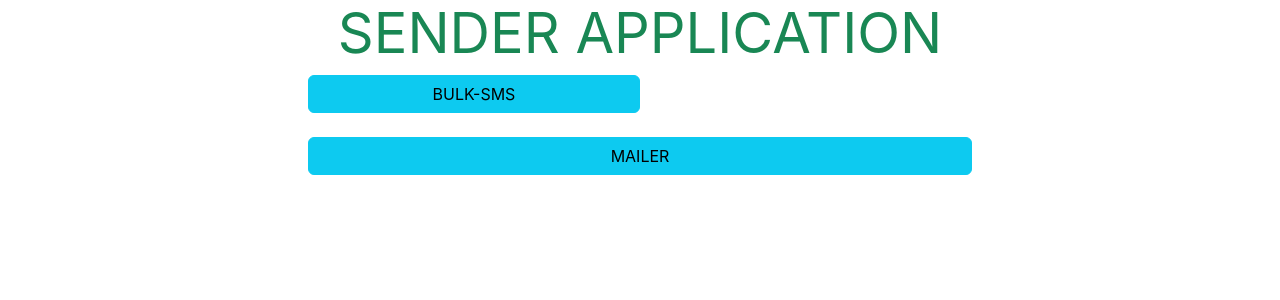
Repository: oluwaseyi9325/react-redux
Page: /mailer
An editor plug-in stored every save of this project. The page is shown before and after the next save, followed by the edit.
The browser window is 1280 px wide. The pictures show the whole page.
The project was rebuilt for these pictures with package versions that can differ from the ones it lists, and the page was loaded fresh each time. Also part of the build but not shown: src/Pages/Index.tsx, src/Pages/NotFond.tsx.

Above is the page before, as saved 2023-04-18 17:17:02.

### public/index.html
<!DOCTYPE html>
<html lang="en">

<head>
  <meta charset="utf-8" />
  <link rel="icon" href="%PUBLIC_URL%/favicon.ico" />
  <meta name="viewport" content="width=device-width, initial-scale=1" />
  <meta name="theme-color" content="#000000" />
  <meta name="description" content="Web site created using create-react-app" />
  <link rel="apple-touch-icon" href="%PUBLIC_URL%/logo192.png" />
  <link rel="manifest" href="%PUBLIC_URL%/manifest.json" />
  <link href="https://cdn.jsdelivr.net/npm/bootstrap@5.2.3/dist/css/bootstrap.min.css" rel="stylesheet" integrity="sha384-rbsA2VBKQhggwzxH7pPCaAqO46MgnOM80zW1RWuH61DGLwZJEdK2Kadq2F9CUG65" crossorigin="anonymous">
  <script src="https://cdn.jsdelivr.net/npm/bootstrap@5.2.3/dist/js/bootstrap.bundle.min.js" integrity="sha384-kenU1KFdBIe4zVF0s0G1M5b4hcpxyD9F7jL+jjXkk+Q2h455rYXK/7HAuoJl+0I4" crossorigin="anonymous"></script>
  <link rel="stylesheet" href="https://cdn.jsdelivr.net/npm/bootstrap-icons@1.10.3/font/bootstrap-icons.css">
  <title>SMS SENDER</title>
</head>

<body>
  <noscript>You need to enable JavaScript to run this app.</noscript>
  <div id="root"></div>
</body>

</html>

### src/index.tsx
import React from 'react';
import ReactDOM from 'react-dom/client';
import './index.css';
import App from './App';
import reportWebVitals from './reportWebVitals';
import { BrowserRouter } from 'react-router-dom';

const root = ReactDOM.createRoot(
  document.getElementById('root') as HTMLElement
);
root.render(
  <React.StrictMode>
    <BrowserRouter>
    <App />

    </BrowserRouter>
  </React.StrictMode>
);

// If you want to start measuring performance in your app, pass a function
// to log results (for example: reportWebVitals(console.log))
// or send to an analytics endpoint. Learn more: https://bit.ly/CRA-vitals
reportWebVitals();

### src/App.tsx
import React from 'react'
import { Route, Router, Routes } from 'react-router-dom'
import Index from './Pages/Index'
import Mailer from './Pages/Mailer'
import NotFond from './Pages/NotFond'

const App = () => {

  return (
    <>
    <Routes>
      <Route path='/' element={<Index/>} />
      <Route path='/mailer' element={<Mailer/>} />
      <Route path='*' element={<NotFond/>}/>
    </Routes>
    </>
  )
}

export default App

### src/Pages/Mailer.tsx
import React from 'react'
import NavBar from '../Components/NavBar'

const Mailer = () => {
  return (
    <div>
      <NavBar/>
    </div>
  )
}

export default Mailer

### src/Components/NavBar.tsx
import React from 'react'

const NavBar = () => {
  return (
    <>

      <div className='text-center col-6 mx-auto'>
        <h4 className='text-success display-4'><b>SENDER APPLICATION</b></h4>
        <div className='gap-4 row'>
            <button className='btn btn-info col-6'>BULK-SMS</button>
            <button className='btn btn-info'>MAILER</button>
        </div>
      </div>

    </>
  )
}

export default NavBar

Loaded but not shown: src/index.css (common file); src/reportWebVitals.ts (common file)

After the next save:
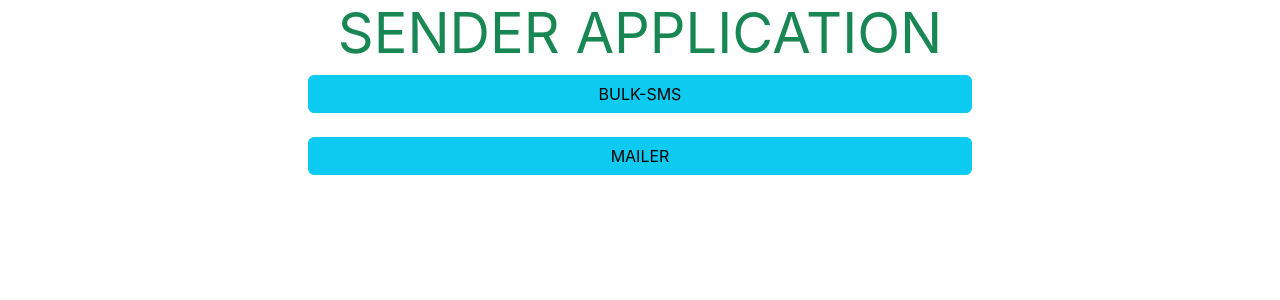
Saved 14 s later.
--- a/src/Components/NavBar.tsx
+++ b/src/Components/NavBar.tsx
@@ -7,7 +7,7 @@
       <div className='text-center col-6 mx-auto'>
         <h4 className='text-success display-4'><b>SENDER APPLICATION</b></h4>
         <div className='gap-4 row'>
-            <button className='btn btn-info col-6'>BULK-SMS</button>
+            <button className='btn btn-info'>BULK-SMS</button>
             <button className='btn btn-info'>MAILER</button>
         </div>
       </div>
